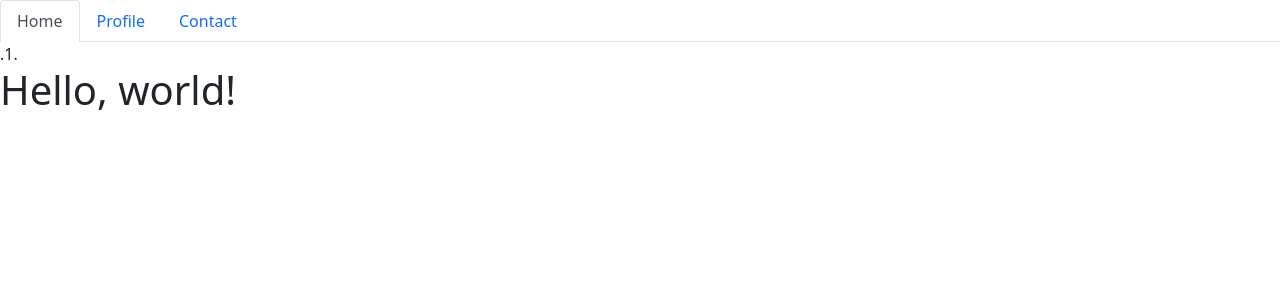
Repository: WaiMaungMaung/Mgr-site
Page: http://localhost/
These files come from the project's save history. The page is drawn as it stood at one moment and after the next save; the edit follows.
The browser window is 1280 px wide. The pictures show the whole page.
The page is served by the project's Laravel application, run on PHP 8.4 with Laravel 9. Other server files are loaded and not shown.

Above is the page before, as saved 2022-04-06 08:56:13.

### resources/views/welcome.blade.php
@extends('layouts.app')
<div id="container">
    <ul class="nav nav-tabs" id="myTab" role="tablist">
        <li class="nav-item" role="presentation">
            <button class="nav-link active" id="home-tab" data-bs-toggle="tab" data-bs-target="#home" type="button"
                role="tab" aria-controls="home" aria-selected="true">Home</button>
        </li>
        <li class="nav-item" role="presentation">
            <button class="nav-link" id="profile-tab" data-bs-toggle="tab" data-bs-target="#profile" type="button"
                role="tab" aria-controls="profile" aria-selected="false">Profile</button>
        </li>
        <li class="nav-item" role="presentation">
            <button class="nav-link" id="contact-tab" data-bs-toggle="tab" data-bs-target="#contact" type="button"
                role="tab" aria-controls="contact" aria-selected="false">Contact</button>
        </li>
    </ul>
    <div class="tab-content" id="myTabContent">
        <div class="tab-pane fade show active" id="home" role="tabpanel" aria-labelledby="home-tab">.1.</div>
        <div class="tab-pane fade" id="profile" role="tabpanel" aria-labelledby="profile-tab">.2.</div>
        <div class="tab-pane fade" id="contact" role="tabpanel" aria-labelledby="contact-tab">.3.</div>
    </div>

</div>

### resources/views/layouts/app.blade.php
<!doctype html>
<html lang="en">

<head>
    <!-- Required meta tags -->
    <meta charset="utf-8">
    <meta name="viewport" content="width=device-width, initial-scale=1">

    <!-- Bootstrap CSS -->
    <link href="https://cdn.jsdelivr.net/npm/bootstrap@5.1.3/dist/css/bootstrap.min.css" rel="stylesheet"
        integrity="sha384-1BmE4kWBq78iYhFldvKuhfTAU6auU8tT94WrHftjDbrCEXSU1oBoqyl2QvZ6jIW3" crossorigin="anonymous">

    <title>Hello, world!</title>
    <link rel="stylesheet" href="..resources/css/custom.css">
</head>

<body>
    <h1>Hello, world!</h1>

    <!-- Optional JavaScript; choose one of the two! -->

    <!-- Option 1: Bootstrap Bundle with Popper -->
    <script src="https://cdn.jsdelivr.net/npm/bootstrap@5.1.3/dist/js/bootstrap.bundle.min.js"
        integrity="sha384-ka7Sk0Gln4gmtz2MlQnikT1wXgYsOg+OMhuP+IlRH9sENBO0LRn5q+8nbTov4+1p" crossorigin="anonymous">
    </script>

    <!-- Option 2: Separate Popper and Bootstrap JS -->
    <!--
    <script src="https://cdn.jsdelivr.net/npm/@popperjs/core@2.10.2/dist/umd/popper.min.js"
        integrity="sha384-7+zCNj/IqJ95wo16oMtfsKbZ9ccEh31eOz1HGyDuCQ6wgnyJNSYdrPa03rtR1zdB" crossorigin="anonymous">
    </script>
    <script src="https://cdn.jsdelivr.net/npm/bootstrap@5.1.3/dist/js/bootstrap.min.js"
        integrity="sha384-QJHtvGhmr9XOIpI6YVutG+2QOK9T+ZnN4kzFN1RtK3zEFEIsxhlmWl5/YESvpZ13" crossorigin="anonymous">
    </script>
    -->
    @yield('content')
</body>

</html>

Loaded but not shown: routes/web.php (common file); lang/en.json (common file); resources/css/custom.css (common file)

After the next save:
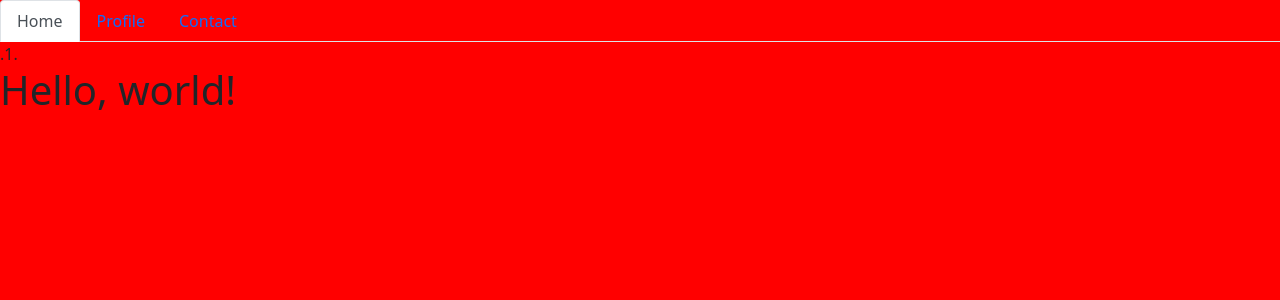
Saved 4 s later.
--- a/resources/views/layouts/app.blade.php
+++ b/resources/views/layouts/app.blade.php
@@ -11,7 +11,7 @@
         integrity="sha384-1BmE4kWBq78iYhFldvKuhfTAU6auU8tT94WrHftjDbrCEXSU1oBoqyl2QvZ6jIW3" crossorigin="anonymous">
 
     <title>Hello, world!</title>
-    <link rel="stylesheet" href="..resources/css/custom.css">
+    <link rel="stylesheet" href="../resources/css/custom.css">
 </head>
 
 <body>

After the save that followed:
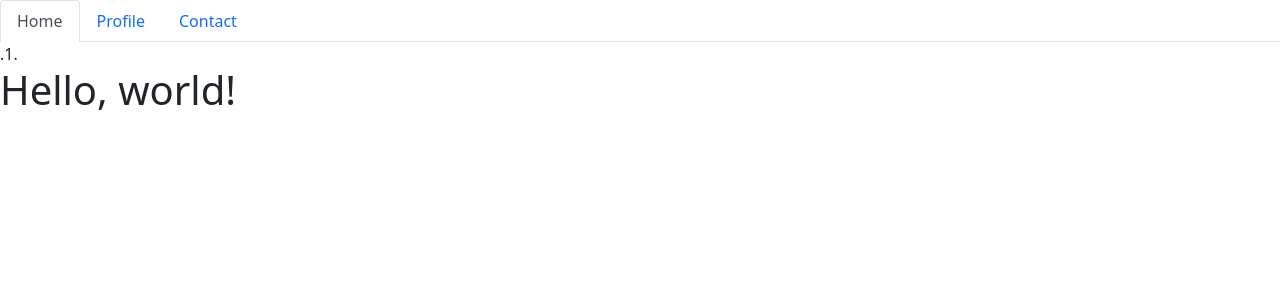
Saved 14 s later.
--- a/resources/views/layouts/app.blade.php
+++ b/resources/views/layouts/app.blade.php
@@ -11,7 +11,7 @@
         integrity="sha384-1BmE4kWBq78iYhFldvKuhfTAU6auU8tT94WrHftjDbrCEXSU1oBoqyl2QvZ6jIW3" crossorigin="anonymous">
 
     <title>Hello, world!</title>
-    <link rel="stylesheet" href="../resources/css/custom.css">
+    <link rel="stylesheet" href="./css/custom.css">
 </head>
 
 <body>
